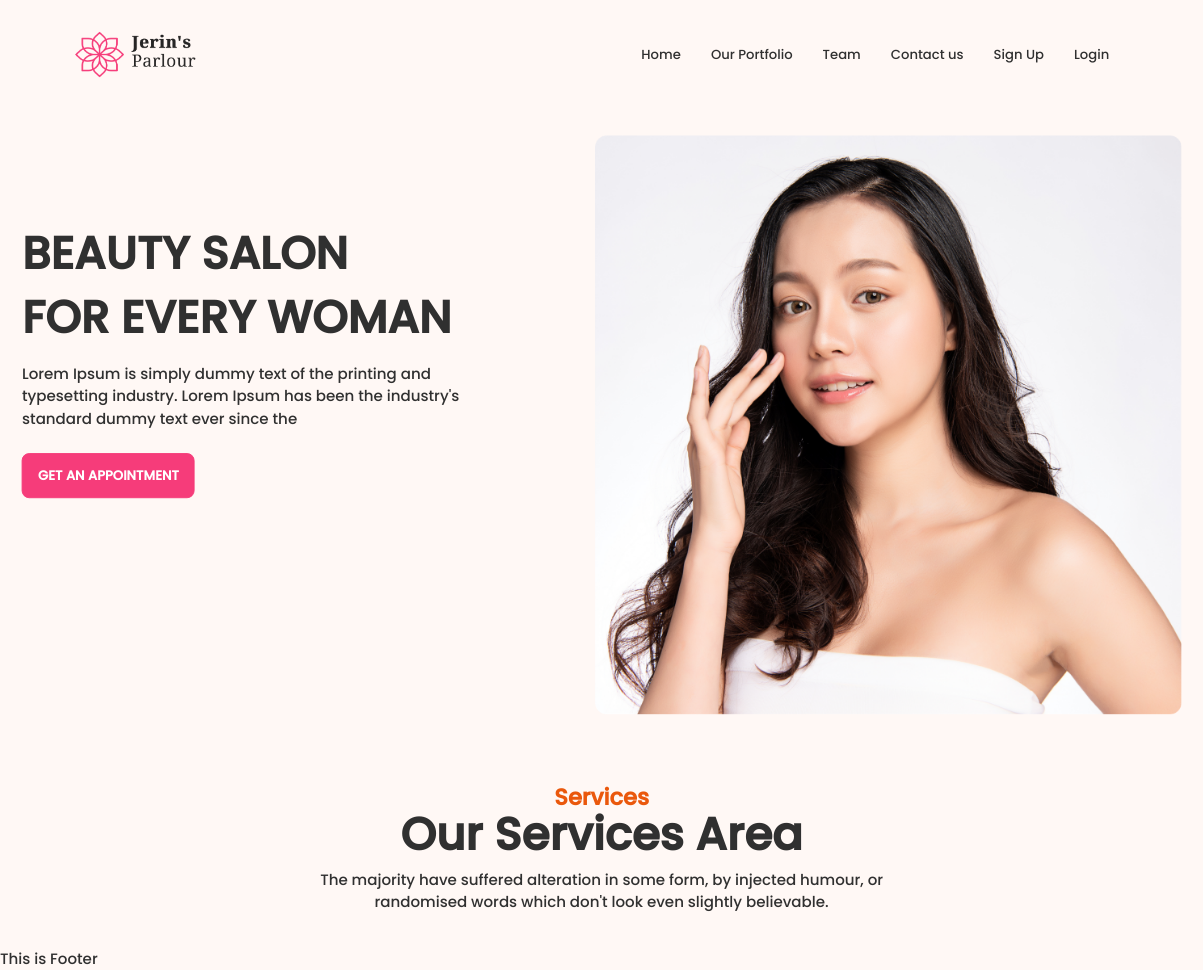
Repository: Wahid137/jerins-parlour-client
Page: /
These files come from the project's save history. The page is drawn as it stood at one moment and after the next save; the edit follows.
The browser window is 1280 px wide. The pictures show the whole page, at 94% of full size.
The page's requests for data from a server got no answer. The project was rebuilt for these pictures with package versions that can differ from the ones it lists, and the page was loaded fresh each time. No one was signed in, and anything a server would have sent is missing. Also part of the build but not shown: src/App.css.

Above is the page before, as saved 2023-07-16 03:00:26.

### public/index.html
<!DOCTYPE html>
<html lang="en">
  <head>
    <meta charset="utf-8" />
    <link rel="icon" href="%PUBLIC_URL%/favicon.ico" />
    <meta name="viewport" content="width=device-width, initial-scale=1" />
    <meta name="theme-color" content="#000000" />
    <meta
      name="description"
      content="Web site created using create-react-app"
    />
    <link rel="preconnect" href="https://fonts.googleapis.com">
    <link rel="preconnect" href="https://fonts.gstatic.com" crossorigin>
    <link href="https://fonts.googleapis.com/css2?family=Poppins:wght@500&display=swap" rel="stylesheet">
    <link rel="apple-touch-icon" href="%PUBLIC_URL%/logo192.png" />
    <!--
      manifest.json provides metadata used when your web app is installed on a
      user's mobile device or desktop. See https://developers.google.com/web/fundamentals/web-app-manifest/
    -->
    <link rel="manifest" href="%PUBLIC_URL%/manifest.json" />
    <!--
      Notice the use of %PUBLIC_URL% in the tags above.
      It will be replaced with the URL of the `public` folder during the build.
      Only files inside the `public` folder can be referenced from the HTML.

      Unlike "/favicon.ico" or "favicon.ico", "%PUBLIC_URL%/favicon.ico" will
      work correctly both with client-side routing and a non-root public URL.
      Learn how to configure a non-root public URL by running `npm run build`.
    -->
    <title>React App</title>
  </head>
  <body>
    <noscript>You need to enable JavaScript to run this app.</noscript>
    <div id="root"></div>
    <!--
      This HTML file is a template.
      If you open it directly in the browser, you will see an empty page.

      You can add webfonts, meta tags, or analytics to this file.
      The build step will place the bundled scripts into the <body> tag.

      To begin the development, run `npm start` or `yarn start`.
      To create a production bundle, use `npm run build` or `yarn build`.
    -->
  </body>
</html>

### src/index.js
import React from 'react';
import ReactDOM from 'react-dom/client';
import './index.css';
import App from './App';
import reportWebVitals from './reportWebVitals';
import { QueryClient, QueryClientProvider } from '@tanstack/react-query'


// Create a client
const queryClient = new QueryClient()

const root = ReactDOM.createRoot(document.getElementById('root'));
root.render(
  <React.StrictMode>
    <QueryClientProvider client={queryClient}>
      <App />
    </QueryClientProvider>
  </React.StrictMode>
);

// If you want to start measuring performance in your app, pass a function
// to log results (for example: reportWebVitals(console.log))
// or send to an analytics endpoint. Learn more: https://bit.ly/CRA-vitals
reportWebVitals();

### src/index.css
@tailwind base;
@tailwind components;
@tailwind utilities;

body {
  background-color: #FFF8F5;
  margin: 0;
  font-family: -apple-system, BlinkMacSystemFont, 'Segoe UI', 'Roboto', 'Oxygen',
    'Ubuntu', 'Cantarell', 'Fira Sans', 'Droid Sans', 'Helvetica Neue',
    sans-serif;
    font-family: 'Poppins', sans-serif;
  -webkit-font-smoothing: antialiased;
  -moz-osx-font-smoothing: grayscale;
}

code {
  font-family: source-code-pro, Menlo, Monaco, Consolas, 'Courier New',
    monospace;
}

### src/App.js
import logo from './logo.svg';
import './App.css';
import { RouterProvider } from 'react-router-dom';
import router from './Routes/Routes/Routes';
import { Toaster } from 'react-hot-toast';

function App() {
  return (
    <div className="max-w-[1440px] mx-auto">
      <RouterProvider router={router}></RouterProvider>
      <Toaster></Toaster>
    </div>
  );
}

export default App;

### src/Routes/Routes/Routes.js
const { createBrowserRouter } = require("react-router-dom");
const { default: Main } = require("../../Layout/Main");
const { default: Home } = require("../../Pages/Home/Home/Home");

const router = createBrowserRouter([
    {
        path: '/',
        element: <Main></Main>,
        children: [
            {
                path: '/',
                element: <Home></Home>
            }
        ]
    }
])
export default router;

### src/Layout/Main.js
import React from 'react';
import Navbar from '../Shared/Navbar/Navbar';
import { Outlet } from 'react-router-dom';
import Footer from '../Shared/Footer/Footer';

const Main = () => {
    return (
        <div>
            <Navbar></Navbar>
            <Outlet></Outlet>
            <Footer></Footer>
        </div>
    );
};

export default Main;

### src/Shared/Navbar/Navbar.js
import React from 'react';
import logo from '../../assets/logo.png';
import { Link } from 'react-router-dom';

const Navbar = () => {
    const menuItem = <>
        <li><Link to="/">Home</Link></li>
        <li><Link to="/portfolio">Our Portfolio</Link></li>
        <li><Link to="/team">Team</Link></li>
        <li><Link to="/dashboard">Contact us</Link></li>
        <li><Link to="/signup">Sign Up</Link></li>
        <li><Link to="/login">Login</Link></li>

    </>
    return (
        <div className="navbar flex justify-between px-20 pt-8">
            <div className="navbar-start">
                <div className="dropdown">
                    <label tabIndex={0} className="btn btn-ghost lg:hidden">
                        <svg xmlns="http://www.w3.org/2000/svg" className="h-5 w-5" fill="none" viewBox="0 0 24 24" stroke="currentColor"><path strokeLinecap="round" strokeLinejoin="round" strokeWidth="2" d="M4 6h16M4 12h8m-8 6h16" /></svg>
                    </label>
                    <ul tabIndex={1} className="menu menu-sm dropdown-content mt-3 z-[1] p-2 shadow bg-base-100 rounded-box w-52">
                        {menuItem}
                    </ul>
                </div>
                <Link to="/" className="w-32">
                    <img src={logo} alt="" />
                </Link>
            </div>
            <div className="navbar-center hidden lg:flex">
                <ul className="menu menu-horizontal px-1">
                    {menuItem}
                </ul>
            </div>
            <label htmlFor="dashboard-drawer" tabIndex={2} className="btn btn-ghost lg:hidden">
                <svg xmlns="http://www.w3.org/2000/svg" className="h-5 w-5" fill="none" viewBox="0 0 24 24" stroke="currentColor"><path strokeLinecap="round" strokeLinejoin="round" strokeWidth="2" d="M4 6h16M4 12h8m-8 6h16" /></svg>
            </label>

        </div>
    );
};

export default Navbar;

### src/Pages/Home/Banner/Banner.js
import React from 'react';
import woman from '../../../assets/images/woman.png';
import PrimaryButton from '../../../Components/PrimaryButton/PrimaryButton';

const Banner = () => {
    return (
        <div className="hero" >
            <div className="hero-content flex-col lg:flex-row-reverse min-h-screen">

                <img src={woman} className="rounded-lg lg:w-1/2" alt="" />

                <div className='lg:me-32 lg:-mt-32'>
                    <h1 className="text-5xl font-bold mt-0 mb-5">BEAUTY SALON</h1>
                    <h1 className="text-5xl font-bold">FOR EVERY WOMAN</h1>
                    <p className="py-6">Lorem Ipsum is simply dummy text of the printing and <br /> typesetting industry. Lorem Ipsum has been the industry's <br /> standard dummy text ever since the</p>
                    <PrimaryButton>Get an Appointment</PrimaryButton>
                </div>
            </div>
        </div>
    );
};

export default Banner;

### src/Pages/Home/Services/Services.js
import { useQuery } from '@tanstack/react-query';
import React from 'react';

const Services = () => {
    const { data: services = [], refetch, isLoading } = useQuery({
        queryKey: ['services'],
        queryFn: () => fetch('http://localhost:5000/services')
            .then(res => res.json())
    })
    return (
        <div className='p-0 my-5'>
            <div className='mx-auto mb-4 text-center w-1/2'>
                <p className='text-2xl font-bold text-orange-600'>Services</p>
                <h2 className="text-5xl font-semibold mb-3">Our Services Area</h2>
                <p>The majority have suffered alteration in some form, by injected humour, or randomised words which don't look even slightly believable.</p>
            </div>
            <div className='grid gap-6 grid-cols-1 md:grid-cols-2 lg:grid-cols-3'>
                {
                    services.map(service => <ServiceCard
                        key={service._id}
                        service={service}
                    ></ServiceCard>)
                }
            </div>
        </div>
    );
};

export default Services;

### src/Components/PrimaryButton/PrimaryButton.js
import React from 'react';

const PrimaryButton = ({ children }) => {
    return (
        <button className="btn btn-primary text-white">{children}</button>
    );
};

export default PrimaryButton;

### tailwind.config.js
/** @type {import('tailwindcss').Config} */
module.exports = {
  content: [
    "./src/**/*.{js,jsx,ts,tsx}",
  ],
  daisyui: {
    themes: [
      {
        parlourTheme: {
          primary: '#F63E7B',
          secondary: '#FFF8F5',
          accent: '##F4F7FC',
          neutral: '#3D4451',
          "base-100": '#FFFFFF',
        }
      }
    ]
  },
  theme: {
    extend: {},
  },
  plugins: [require("daisyui")],
}

### src/Shared/Loading/Loading.js
import React from 'react';

const Loading = () => {
    return (
        <div className="flex items-center justify-center">
            <span className="loading loading-ring loading-lg"></span>
        </div>
    );
};

export default Loading;

Loaded but not shown: src/reportWebVitals.js (common file); src/Pages/Home/Home/Home.js (common file); src/Shared/Footer/Footer.js (common file)

After the next save:
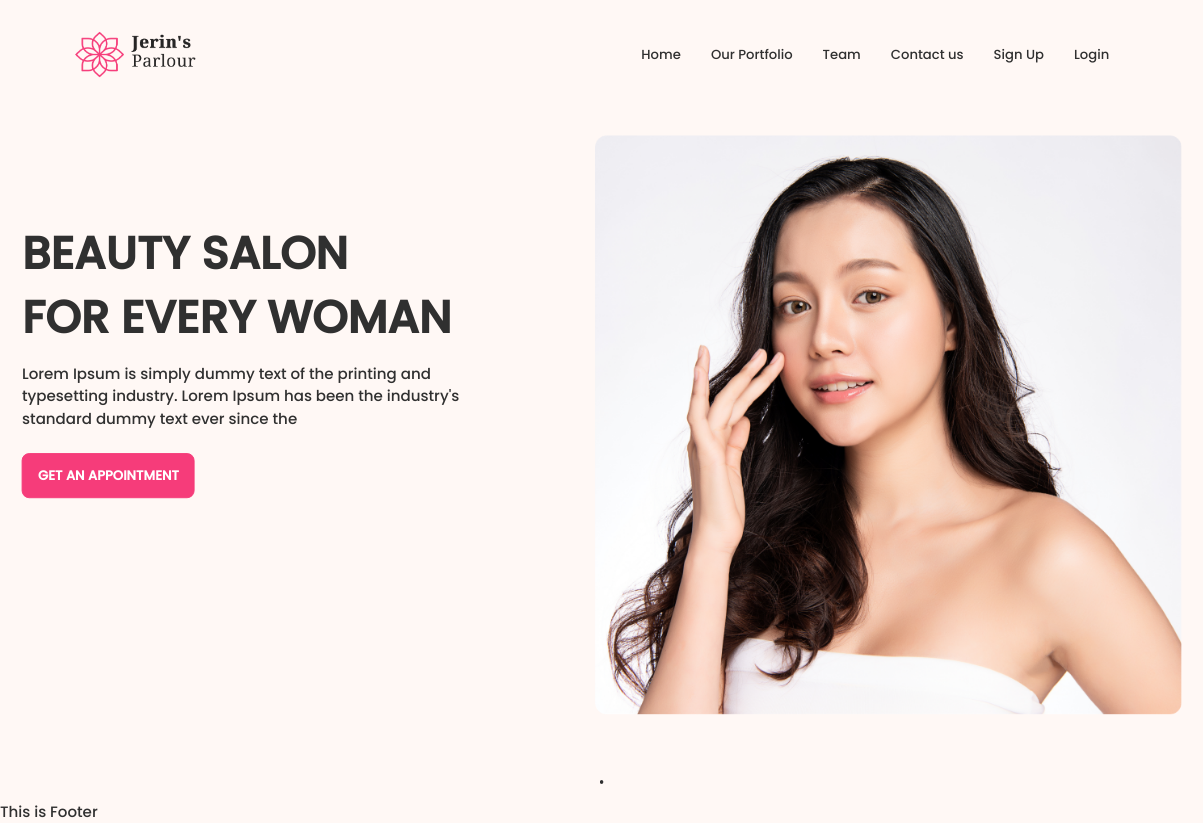
Saved 22 s later.
--- a/src/Pages/Home/Services/Services.js
+++ b/src/Pages/Home/Services/Services.js
@@ -1,5 +1,6 @@
 import { useQuery } from '@tanstack/react-query';
 import React from 'react';
+import Loading from '../../../Shared/Loading/Loading';
 
 const Services = () => {
     const { data: services = [], refetch, isLoading } = useQuery({
@@ -7,6 +8,9 @@ const Services = () => {
         queryFn: () => fetch('http://localhost:5000/services')
             .then(res => res.json())
     })
+    if (isLoading) {
+        return <Loading></Loading>
+    }
     return (
         <div className='p-0 my-5'>
             <div className='mx-auto mb-4 text-center w-1/2'>
